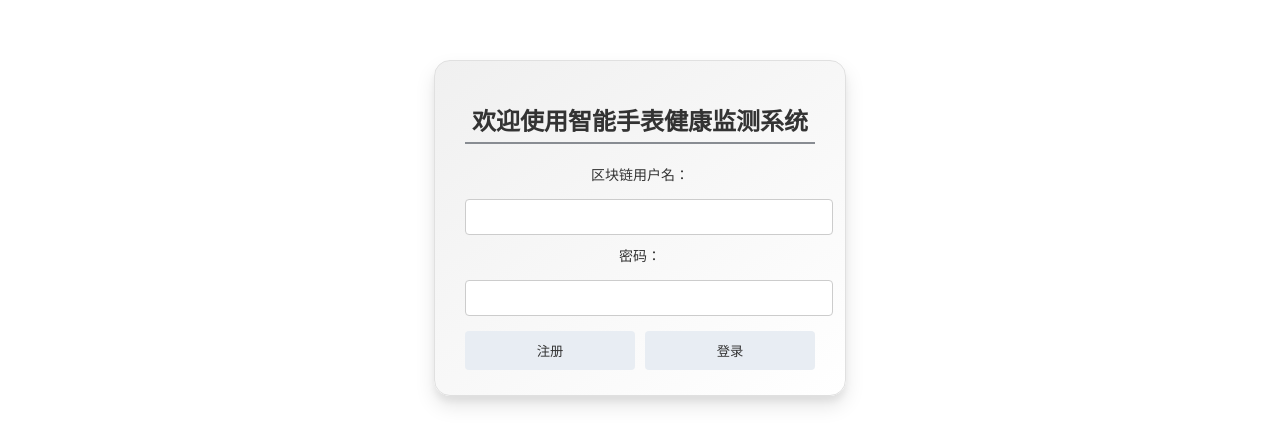
Repository: hyperion0831/The-management-of-IoT-data-sharing-based-on-blockchain
Page: / (app in Dz/frontend/)
An editor plug-in stored every save of this project. The page is shown before and after the next save, followed by the edit.
The browser window is 1280 px wide. The pictures show the whole page.
The project was rebuilt for these pictures with package versions that can differ from the ones it lists, and the page was loaded fresh each time. Also part of the build but not shown: Dz/frontend/vue.config.js, Dz/frontend/src/components/dashboard/DataUploadAndExport.vue, Dz/frontend/src/components/dashboard/RealTimeMonitoring.vue, Dz/frontend/src/components/dashboard/DataAnalysis.vue, Dz/frontend/src/components/dashboard/AppSettings.vue, Dz/frontend/src/components/DataDashBoard.vue.

Above is the page before, as saved 2024-11-12 00:23:39.

### Dz/frontend/src/main.js
import { createApp } from 'vue';
import App from './App.vue';
import router from './router';
import ElementPlus from 'element-plus';
import 'element-plus/dist/index.css';

const app = createApp(App);

app.use(router)
app.use(ElementPlus)
app.mount('#app');

### Dz/frontend/src/App.vue
<template>
  <div id="app">
    <router-view></router-view>
  </div>
</template>

<script>
export default {
  name: 'App'
};
</script>

<style>
#app {
  font-family: Avenir, Helvetica, Arial, sans-serif;
  -webkit-font-smoothing: antialiased;
  -moz-osx-font-smoothing: grayscale;
  text-align: center;
  color: #2c3e50;
  margin-top: 60px;
}
</style>

### Dz/frontend/src/router/index.js
import { createRouter, createWebHistory } from 'vue-router';
import DataDashBoard from '../components/DataDashBoard.vue'; // 导入仪表盘组件
import Login from '../components/LoginForm.vue';

const routes = [
  { path: '/', redirect: '/login' },
  { path: '/login', name: 'Login', component: Login },
  { path: '/datadashboard', name: 'DataDashBoard', component: DataDashBoard },
];

const router = createRouter({
  history: createWebHistory(),
  routes
});

export default router;

### Dz/frontend/src/components/LoginForm.vue
<template>
    <div class="loginform">

      <!-- 初始页面 -->
      <div v-if="!isRegistering">
        <h1>欢迎使用智能手表健康监测系统</h1>

        <!-- 区块链用户名和密码显示区域 -->
        <div class="blockchain-info">
          <label>区块链用户名：</label>
          <input type="text" v-model="displayPublicKey" readonly />
          <label>密码：</label>
          <input type="text" v-model="displayPrivateKey" readonly />
        </div>

        <!-- 登录、注册按钮 -->
        <div class="button-row">
          <button @click="handleRegisterClick">注册</button>
          <button @click="handleLoginClick">登录</button>
        </div>

        <!-- 隐藏的文件选择框 -->
        <input
          ref="fileInput"
          type="file"
          accept=".txt"
          style="display: none"
          @change="handleFileUpload"
        />
      </div>

      <!-- 注册页面（覆盖整个页面） -->
      <div v-if="isRegistering" class="register-section">
        <h1>注册新用户</h1>
        <label for="identity">选择身份：</label>
        <select v-model="identity">
          <option value="doctor">医生</option>
          <option value="user">普通用户</option>
        </select>

        <div v-if="identity === 'doctor'" class="blockchain-info">
          <label for="name">姓名：</label>
          <input type="text" v-model="name" placeholder="请输入姓名" />
          <label for="id">工号：</label>
          <input type="text" v-model="doctorId" placeholder="请输入工号" />
        </div>
        <div v-else class="blockchain-info">
          <label for="name">姓名：</label>
          <input type="text" v-model="name" placeholder="请输入姓名" />
        </div>

        <div class="button-row">
          <button @click="generateAndSaveKeyPair">生成密钥对</button>
          <button @click="goToLoginPage">返回登录</button>
        </div>

        <p v-if="keyGenerated">密钥对已生成并保存到文件中。</p>
      </div>
    </div>
  </template>

  <script>

  export default {
    data() {
      return {
        currentView: null, // 初始无显示
        blockchainUsername: '',  // 区块链用户名
        blockchainPassword: '',  // 区块链密码
        uploadedFile: null,      // 已上传的文件
        displayPrivateKey: '',
        displayPublicKey: '',
        keyGenerated: false,
        isLoggedIn: false,
        privateKey: null,
        publicKey: null,
        identity: 'user',
        name: '',
        doctorId: '',
        errorMessage: '',// 错误消息
        isRegistering: false, // 是否正在注册,
        showErrorModal: false,
      };
    },
    mounted() {
      // 页面加载时检查是否已登录
      const isLoggedIn = sessionStorage.getItem("isLoggedIn");
      const userName = sessionStorage.getItem("userName");
      if (isLoggedIn === "true" && userName) {
        this.isLoggedIn = true;
        this.name = userName.split('-')[1]; // 提取用户名
        const storedData = JSON.parse(localStorage.getItem(userName)); // 从 localStorage 获取密钥对数据
        if (storedData) {
          this.displayPublicKey = storedData.publicKey;
          this.displayPrivateKey = storedData.privateKey;
        }
      }
    },
    methods: {
      // 点击登录按钮，弹出文件选择框
      handleLoginClick() {
        this.$refs.fileInput.click();
      },

      // 点击注册按钮后，切换到注册界面
      handleRegisterClick() {
        this.isRegistering = true; // 显示注册界面
      },

      // 检查是否已注册
      isRegistered() {
        const registered = localStorage.getItem(`${this.identity}-${this.name}-${this.doctorId|| ''}`);
        return !!registered;
      },

      // 注册
      async generateAndSaveKeyPair() {

        const registrationKey = `${this.identity}-${this.name}-${this.doctorId || ''}`;
        if (this.isRegistered()) {
          alert("已注册，请直接登录。");
          return;
        }
        let isValid = true; // 添加一个标志来追踪身份验证状态

        if (this.identity === 'doctor') {
          if (this.name !== 'Dz' || this.doctorId !== '2448') {
            alert('医生身份信息错误，请检查姓名和工号。');
            isValid = false; // 设置标志为false
          }
        } else if (this.identity === 'user') {
          const validUserNames = ['TYC', 'DDS'];
          if (!validUserNames.includes(this.name)) {
            alert('普通用户姓名错误，请检查姓名。');
            isValid = false; // 设置标志为false
          }
        }
          // 如果身份验证未通过，直接返回
          if (!isValid) {
            return;
          }

        try {
            // 创建种子字符串，确保不同身份和用户生成不同的密钥
            const uniqueSeed = `${this.identity}-${this.name}-${this.doctorId || ''}`;
            console.log(`生成密钥的种子信息：${uniqueSeed}`);

            // 生成密钥对
            const keyPair = await window.crypto.subtle.generateKey(
              {
                name: "RSA-OAEP",
                modulusLength: 2048,
                publicExponent: new Uint8Array([1, 0, 1]),
                hash: { name: "SHA-256" },
              },
              true,
              ["encrypt", "decrypt"]
            );
            const publicKey = await window.crypto.subtle.exportKey("spki", keyPair.publicKey);
            const privateKey = await window.crypto.subtle.exportKey("pkcs8", keyPair.privateKey);

            const publicKeyBase64 = btoa(String.fromCharCode(...new Uint8Array(publicKey)));
            const privateKeyBase64 = btoa(String.fromCharCode(...new Uint8Array(privateKey)));

            const combinedKeys = `-----BEGIN PUBLIC KEY-----\n${publicKeyBase64}\n-----END PUBLIC KEY-----\n-----BEGIN PRIVATE KEY-----\n${privateKeyBase64}\n-----END PRIVATE KEY-----`;

            // 将密钥对保存到文件
            const blob = new Blob([combinedKeys], { type: "application/octet-stream" });
            const downloadLink = document.createElement("a");
            downloadLink.href = URL.createObjectURL(blob);
            downloadLink.download = `${this.name}_password.txt`;
            downloadLink.click();

            // 将身份标记为已注册
            localStorage.setItem(registrationKey, JSON.stringify({ publicKey: publicKeyBase64, privateKey: privateKeyBase64 }));
            this.keyGenerated = true;
            this.currentView = 'success'; // 注册成功后切换到 success 视图
            this.$emit('registerSuccess', { identity: this.identity, name: this.name });
          } catch (error) {
              console.error("生成密钥对失败：", error);
          }
      },

      //秘钥显示
      handleFileUpload(event) {
        const file = event.target.files[0];
        if (file) {
          const reader = new FileReader();
          reader.onload = () => {
            const fileContent = reader.result;
            // 提取公钥和私钥内容并显示
            const publicKeyMatch = fileContent.match(/-----BEGIN PUBLIC KEY-----\n([\s\S]+?)\n-----END PUBLIC KEY-----/);
            const privateKeyMatch = fileContent.match(/-----BEGIN PRIVATE KEY-----\n([\s\S]+?)\n-----END PRIVATE KEY-----/);

            if (publicKeyMatch && privateKeyMatch) {
              const publicKey = publicKeyMatch[1];
              const privateKey = privateKeyMatch[1];
              // 验证密钥对
              this.verifyKeyPair(publicKey, privateKey); // 处理文件内容
            } else {
              alert("文件格式不正确，请上传包含公钥和私钥的文件。");
            }
          };
          reader.readAsText(file);
        }
      },

      //登录验证
      async verifyKeyPair(publicKeyBase64, privateKeyBase64) {
        let matchingKey = null;
        try {
          // 遍历 localStorage 查找匹配的公私钥
          for (let i = 0; i < localStorage.length; i++) {
            const key = localStorage.key(i);//user-TYC-
            const storedData = JSON.parse(localStorage.getItem(key));
            if (storedData.publicKey === publicKeyBase64 &&
              storedData.privateKey === privateKeyBase64)
            {
              matchingKey = key;
              console.log(`键值：${matchingKey}`);
              break;
            }
          }
          if (matchingKey) {
            console.log(`找到匹配的 registrationKey：${matchingKey}`);
            // 执行登录逻辑，例如设置登录状态、保存 session 等
            this.isLoggedIn = true;

            sessionStorage.setItem("isLoggedIn", "true");
            sessionStorage.setItem("userName", matchingKey);

            // 显示公钥和私钥内容
            this.displayPublicKey = publicKeyBase64;
            this.displayPrivateKey = privateKeyBase64;

            alert(`登录成功！\n欢迎你， ${matchingKey.split('-')[1]}${matchingKey.startsWith('doctor') ? '医生' : '用户'}`);
            this.$router.push({ name: 'DataDashboard' });
          } else {
            alert("未找到匹配的注册信息，请检查密钥文件。");
          }
        } catch (error) {
          console.error("验证密钥对时出错：", error);
          alert("密钥验证失败，请重新上传正确的密钥文件。");
        }
      },

      // 返回登录界面
      goToLoginPage() {
        this.isRegistering = false; // 退出注册界面，显示登录按钮页面
        this.currentView = null; // 清空当前视图
      },

    },
  };
  </script>

  <style scoped>
.loginform {
  width: 350px; /* 调整宽度 */
  padding: 25px 30px; /* 增加内边距 */
  margin: 60px auto; /* 居中 */
  background: linear-gradient(145deg, #f0f0f0, #ffffff); /* 添加柔和的渐变背景 */
  border: 1px solid #e0e0e0; /* 边框颜色更浅 */
  border-radius: 16px; /* 调整圆角 */
  box-shadow: 0 10px 20px rgba(0, 0, 0, 0.1), 0 6px 6px rgba(0, 0, 0, 0.05); /* 添加双层阴影 */
}

  h1 {
    font-size: 24px;
    color: #333;
    margin-bottom: 20px;
    align-self: flex-start; /* 将标题移到左边 */
    border-bottom: 2px solid #888c92; /* 添加下划线 */
    padding-bottom: 5px;
  }

  .blockchain-info {
    display: flex;
    flex-direction: column;
    gap: 10px;
    width: 100%;
  }

  .blockchain-info label {
    font-size: 14px;
    color: #333;
  }

  .blockchain-info input {
    width: 100%;
    padding: 8px;
    border: 1px solid #ccc;
    border-radius: 4px;
    font-size: 16px;
    margin-top: 5px;
    text-align: center;
  }

  .user-info {
    display: flex;
    justify-content: space-around;
    font-size: 14px;
    color: #555;
    margin-top: 10px;
    width: 100%;
  }

  .button-row {
    display: flex;
    flex-direction: row;
    flex-wrap: wrap;
    gap: 10px;
    margin-top: 15px;
    width: 100%;
  }

  .button-row button {
    flex: 1 1 calc(50% - 10px);
    padding: 10px;
    background-color: #e8edf3;
    color: #333;
    border: none;
    border-radius: 4px;
    cursor: pointer;
    transition: background-color 0.3s ease;
  }

  .button-row button:hover {
    background-color: #acababcc;
  }

  .register-section, .login-section {
    margin-top: 20px;
  }

  select, input[type="text"], input[type="file"] {
    width: 100%;
    padding: 8px;
    border: 1px solid #ccc;
    border-radius: 4px;
    margin-top: 5px;
  }

  p {
    font-size: 14px;
    color: #333;
    margin-top: 10px;
  }
  </style>

Loaded but not shown: Dz/frontend/public/index.html (common file)

After the next save:
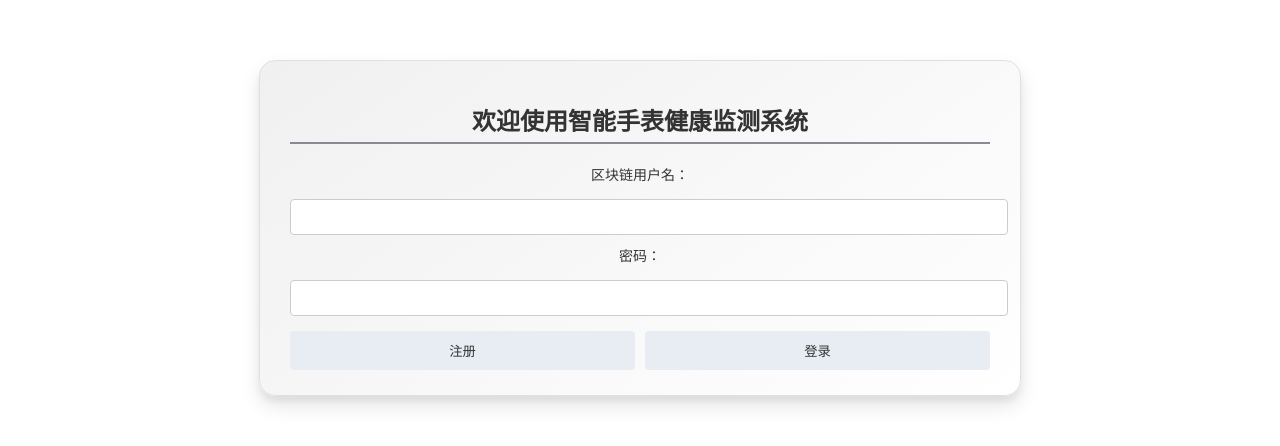
Saved 10 s later.
--- a/Dz/frontend/src/components/LoginForm.vue
+++ b/Dz/frontend/src/components/LoginForm.vue
@@ -256,7 +256,7 @@
 
   <style scoped>
 .loginform {
-  width: 350px; /* 调整宽度 */
+  width: 700px; /* 调整宽度 */
   padding: 25px 30px; /* 增加内边距 */
   margin: 60px auto; /* 居中 */
   background: linear-gradient(145deg, #f0f0f0, #ffffff); /* 添加柔和的渐变背景 */
